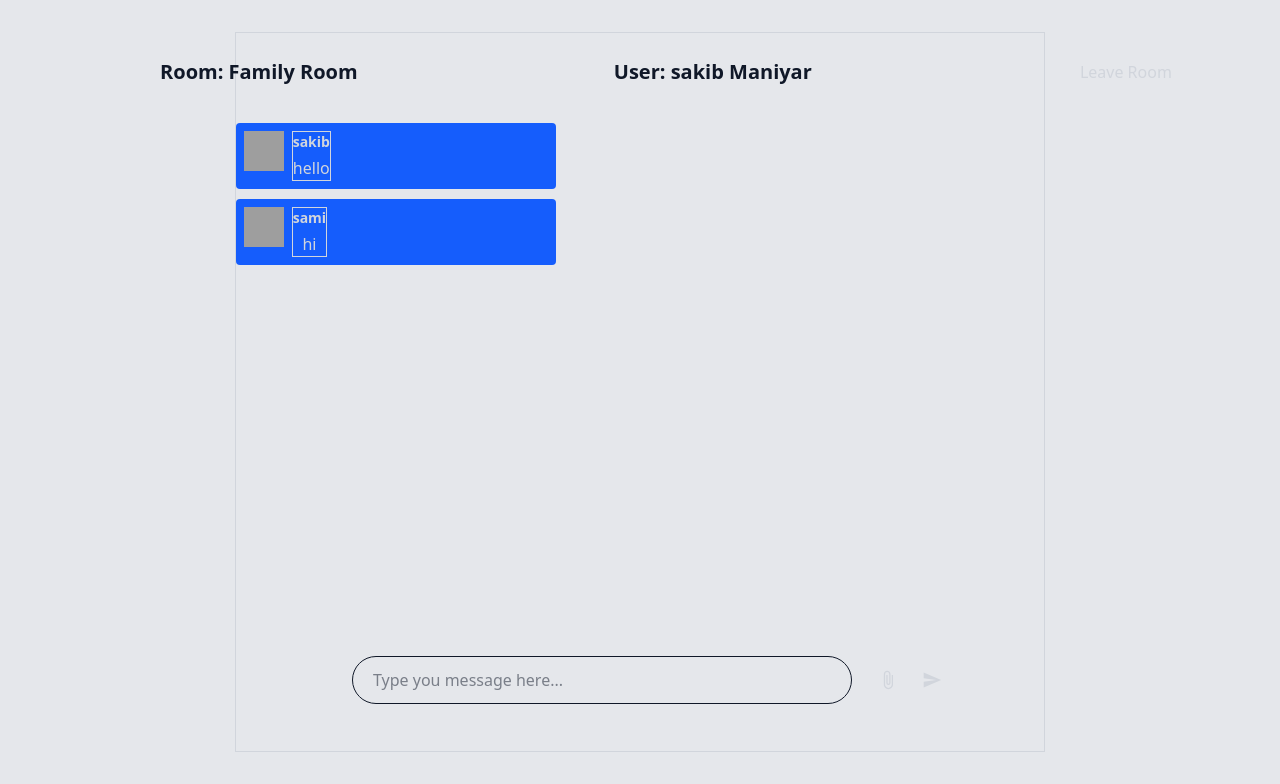
Repository: Saquib45/ChatApplication
Page: /chat (app in front-chat/)
An editor plug-in stored every save of this project. The page is shown before and after a run of saves, followed by the edit.
The browser window is 1280 px wide. The pictures show the whole page.
Pictures or frames that could not be fetched are drawn as grey boxes. The project was rebuilt for these pictures with package versions that can differ from the ones it lists, and the page was loaded fresh each time. Also part of the build but not shown: front-chat/vite.config.js, front-chat/src/components/JoinCreateChat.jsx, front-chat/src/App.jsx.

Above is the page before, as saved 2025-04-12 22:04:42.

### front-chat/index.html
<!doctype html>
<html lang="en" class="dark">
  <head>
    <meta charset="UTF-8" />
    <link rel="icon" type="image/svg+xml" href="/vite.svg" />
    <meta name="viewport" content="width=device-width, initial-scale=1.0" />
    <title>Room Chat App</title>
  </head>
  <body class="h-screen bg-gray-200 text-gray-900 dark:bg-gray-950 dark:text-gray-400">
    <div id="root"></div>
    <script type="module" src="/src/main.jsx"></script>
  </body>
</html>

### front-chat/src/main.jsx
import { StrictMode } from 'react'
import { createRoot } from 'react-dom/client'
import './index.css'
import { BrowserRouter} from 'react-router'
import AppRoutes from "./config/routes.jsx"
import { Toaster } from 'react-hot-toast'

createRoot(document.getElementById('root')).render(
  <StrictMode>
    <BrowserRouter>
      <Toaster/>
      <AppRoutes/>
    </BrowserRouter>
  </StrictMode>,
)

### front-chat/src/config/routes.jsx

import React from "react";
import { Routes,Route } from "react-router";
import App from "../App.jsx";
import ChatPage from "../components/ChatPage.jsx";
const AppRoutes = () => {
  return (
    <Routes>
        <Route path="/" element={<App />} />
        <Route path="/chat" element={<ChatPage/>} />
        <Route path="/about" element={<h1>This is about page</h1>} />
        <Route path="*" element={<h1>404 Not Found</h1>} />

      </Routes>
  );
}
export default AppRoutes;

### front-chat/src/components/ChatPage.jsx
import React from "react";
import {MdAttachFile, MdSend} from "react-icons/md";
import { useState ,useRef } from "react";

function ChatPage() {

    const [messages,setMessages]=useState([{content:"hello",sender:"sakib"},{content:"hi",sender:"sami"} ]);
    const [input,setInput]=useState("");
    const inputRef=useRef(null);
    const chatBoxRef=useRef(null);
    const [stompClient,setStompClient]=useState(null);
    const [roomId,setRoomId]=useState("");


    return(
        <div className="">
            {/* Header of the page */}
            <header className=" dark:border-gray-700 fixed w-full dark:bg-gray-900 py-5 flex justify-around items-center">

                {/* room name container */}
                <div>
                    <h1 className="text-xl font-semibold">Room: <span>Family Room</span></h1>
                </div>

                {/* username container */}
                <div>
                    <h1 className="text-xl font-semibold">
                        User: <span>sakib Maniyar</span>
                    </h1>
                </div>

                {/* button: leave room container */}
                <div>
                    <button className="dark:bg-red-500 hover:dark:bg-red-700 px-3 py-2 rounded-full text-gray-300">Leave Room</button>
                </div>
            </header>

            {/* chat container */}
            <main className="py-20 border w-2/3 dark:bg-slate-600 text-gray-300  mx-auto h-screen overflow-auto">
                {
                    messages.map((message,index)=>(
                        <div key={index} className="my-2.5 bg-blue-600 max-w-xs p-2 rounded">
                            <div className="flex flex-row gap-2">
                                <img className="h-10 w-10" src="https://avatar.iran.liara.run/public/43" alt="" />
                                <div className="border flex flex-col gap-1">
                                    <p className="text-sm font-bold">{message.sender}</p>
                                    <p>{message.content}</p>
                                </div>

                            </div>
                        </div>
                    ))
                }
            </main>


            {/* input message container */}
            <div className="fixed bottom-4 w-full h-12">
                <div className="h-full gap-4 pr-10 flex items-center justify-between  dark:border-gray-600 dark:bg-gray-900 rounded-full w-1/2 mx-auto">

                    <input type="text" placeholder="Type you message here..."

                        className="dark:border-gray-600  w-full border dark:bg-gray-800 rounded-full px-5 py-2 h-full  focus:outline-none"

                    />

                    <div className="flex gap-1">
                    <button className="dark:bg-purple-600  text-gray-300 h-10 w-10 flex justify-center items-center hover:dark:bg-purple-700 rounded-full">
                        <MdAttachFile size={20}/>
                    </button>
                    <button className="dark:bg-green-700  text-gray-300 h-10 w-10 flex justify-center items-center hover:dark:bg-green-800 rounded-full">
                        <MdSend size={20}/>
                    </button>
                    </div>
                </div>
            </div>
        </div>
    )
}

export default ChatPage;

Loaded but not shown: front-chat/src/index.css (common file); front-chat/src/App.css (common file)

After the next 4 saves:
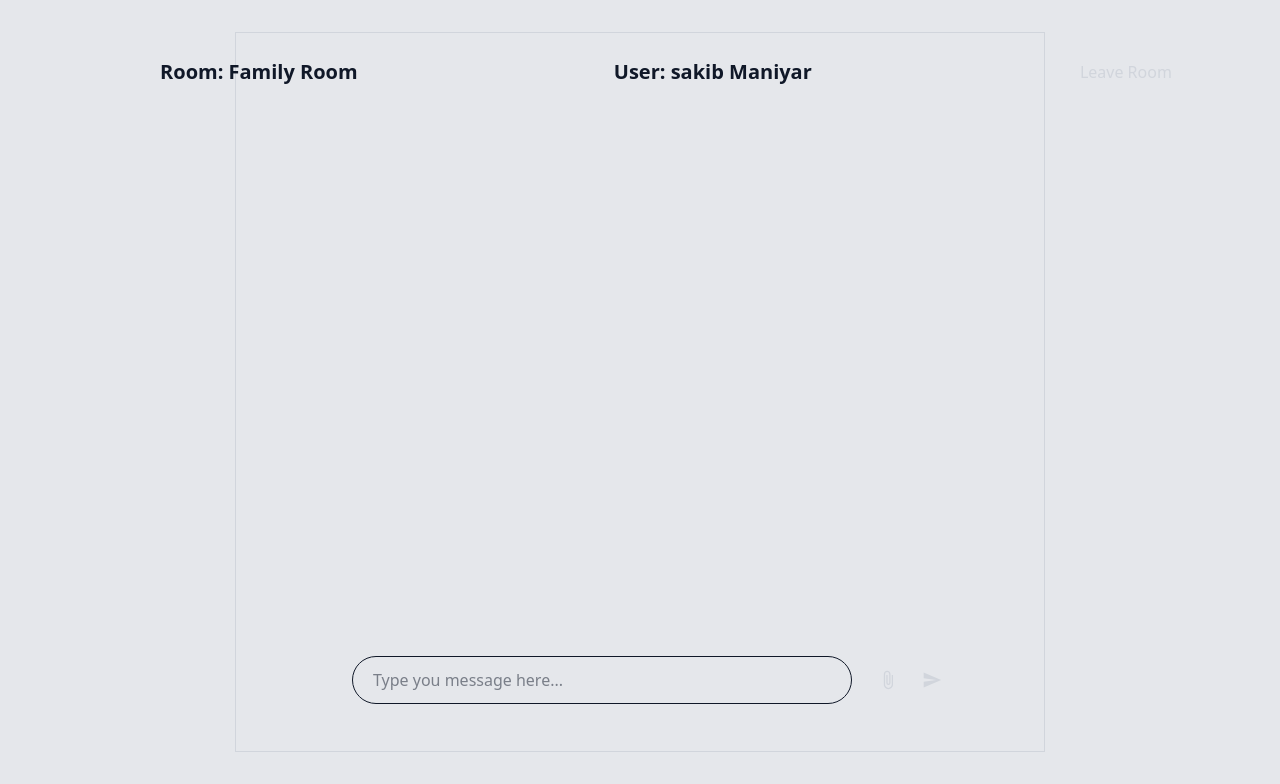
The 4 saves are shown as one change because 1 did not build or start and some came seconds apart.
The last was saved 31 s later.
--- a/front-chat/src/components/ChatPage.jsx
+++ b/front-chat/src/components/ChatPage.jsx
@@ -39,16 +39,9 @@
             <main className="py-20 border w-2/3 dark:bg-slate-600 text-gray-300  mx-auto h-screen overflow-auto">
                 {
                     messages.map((message,index)=>(
-                        <div key={index} className="my-2.5 bg-blue-600 max-w-xs p-2 rounded">
-                            <div className="flex flex-row gap-2">
-                                <img className="h-10 w-10" src="https://avatar.iran.liara.run/public/43" alt="" />
-                                <div className="border flex flex-col gap-1">
-                                    <p className="text-sm font-bold">{message.sender}</p>
-                                    <p>{message.content}</p>
-                                </div>
 
-                            </div>
-                        </div>
+                        <div></div>
+
                     ))
                 }
             </main>

After the 2 saves that followed:
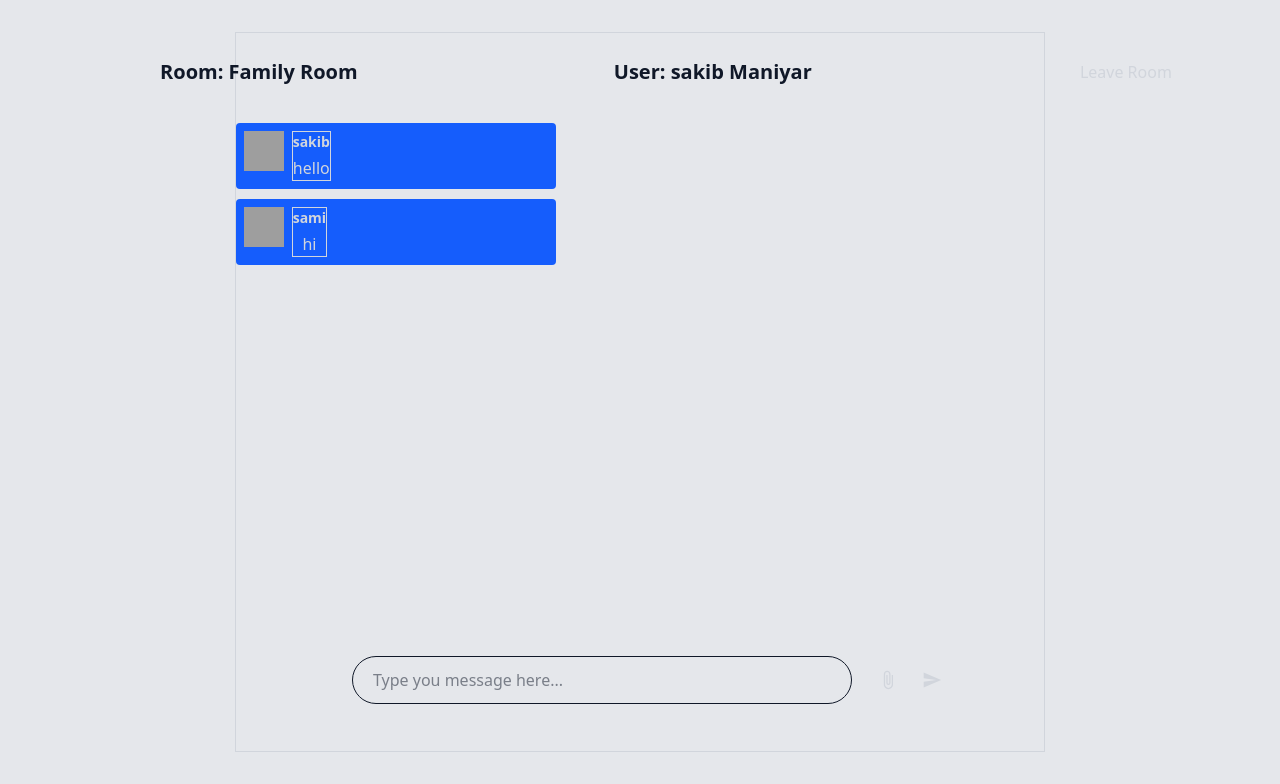
The 2 saves are shown as one change because they came seconds apart.
The last was saved 23 s later.
--- a/front-chat/src/components/ChatPage.jsx
+++ b/front-chat/src/components/ChatPage.jsx
@@ -40,7 +40,18 @@
                 {
                     messages.map((message,index)=>(
 
-                        <div></div>
+                        <div>
+                            <div key={index} className="my-2.5 bg-blue-600 max-w-xs p-2 rounded">
+                            <div className="flex flex-row gap-2">
+                                <img className="h-10 w-10" src="https://avatar.iran.liara.run/public/43" alt="" />
+                                <div className="border flex flex-col gap-1">
+                                    <p className="text-sm font-bold">{message.sender}</p>
+                                    <p>{message.content}</p>
+                                </div>
+
+                            </div>
+                        </div>
+                        </div>
 
                     ))
                 }
